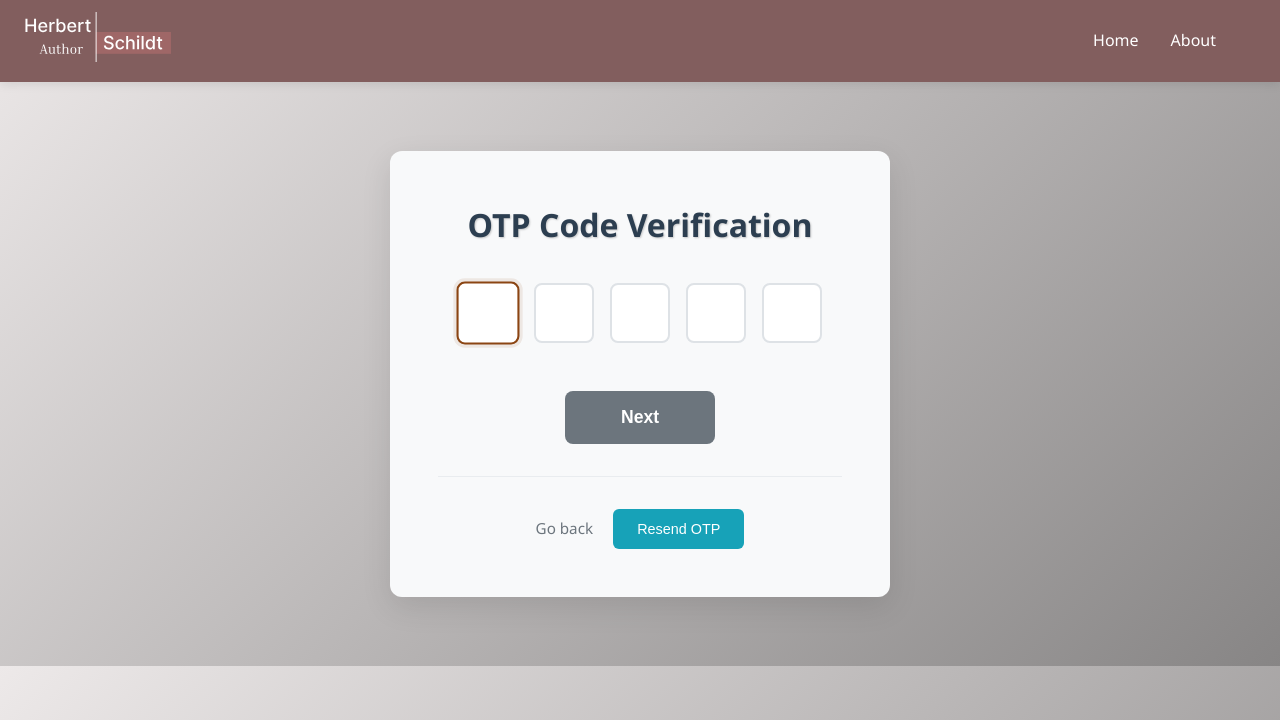
Repository: Darkrepo23/Author-Website-
Page: pages/otp-verification.html
An editor plug-in stored every save of this project. The page is shown before and after the next save, followed by the edit.
The browser window is 1280 px wide. The pictures show the whole page.

Above is the page before, as saved 2025-09-23 10:10:30.

After the next save:
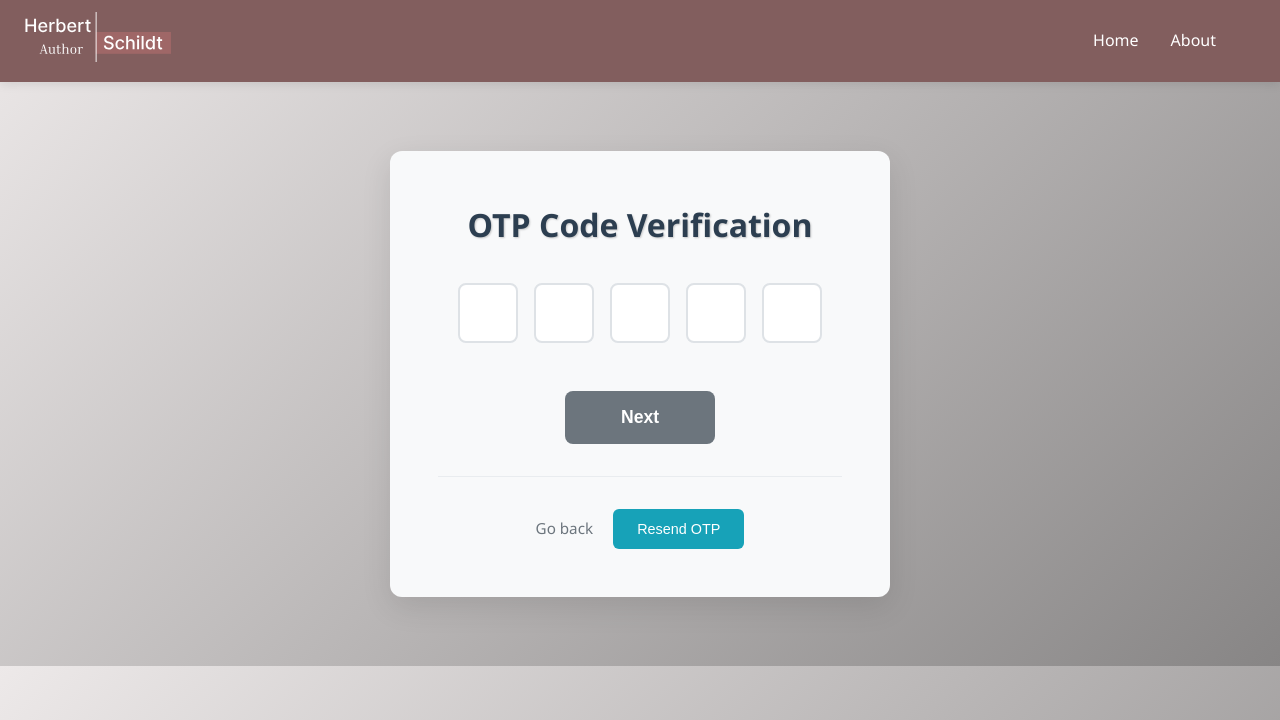
Console error: SyntaxError: Unexpected token '<'
Saved 14 min 8 s later.
--- a/js/otp-verification.js
+++ b/js/otp-verification.js
@@ -136,3 +136,5 @@
         setTimeout(() => notification.remove(), 3000);
     }
 });
+
+<console className="log"></console>

After the save that followed:
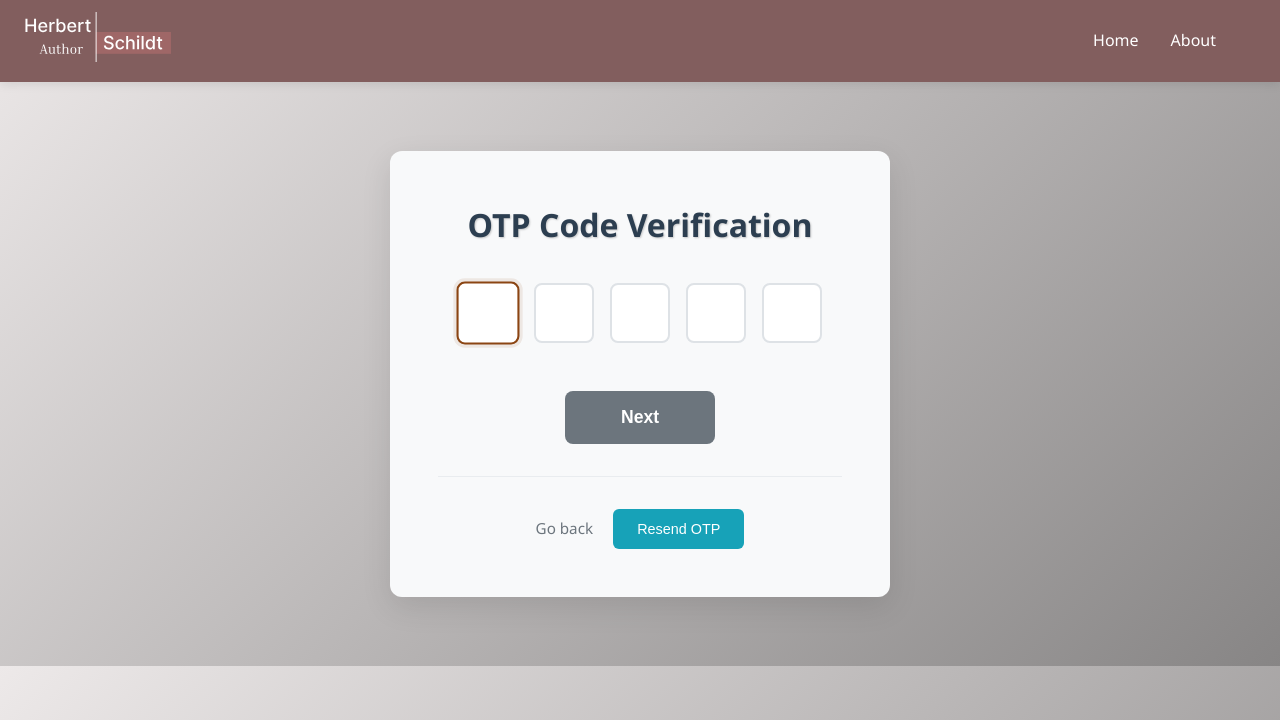
The error is gone.
Saved 7 s later.
--- a/js/otp-verification.js
+++ b/js/otp-verification.js
@@ -137,4 +137,4 @@
     }
 });
 
-<console className="log"></console>
+console.log("")
